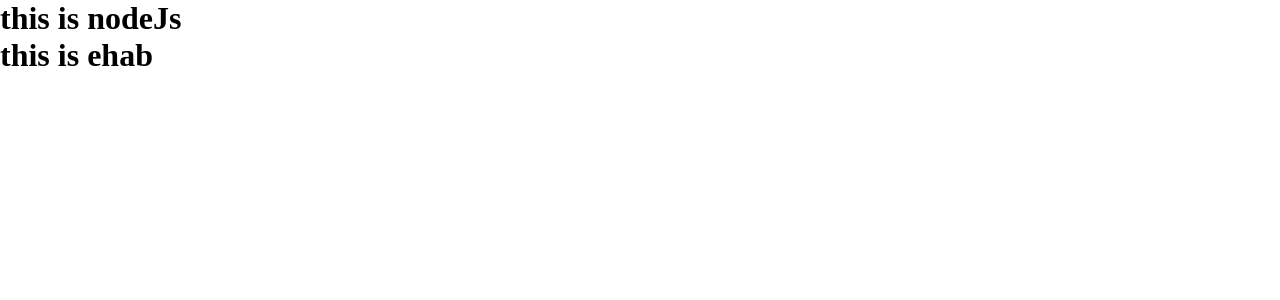
Repository: ehabmelhem/Basic_Node_js
Page: public/index.html
The author's editor kept a copy of each file at every save. The page is drawn from the files as they stood at one save, then again after the next save.
The browser window is 1280 px wide. The pictures show the whole page.

Above is the page before, as saved 2021-02-03 22:20:28.

After the next save:
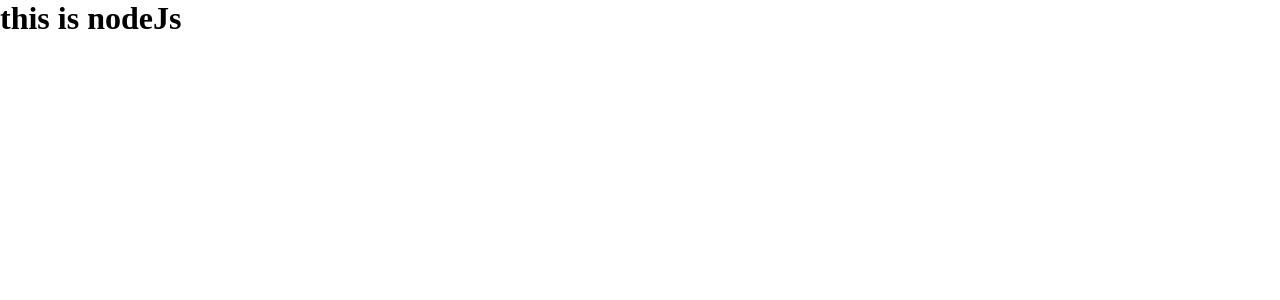
Saved 11 s later.
--- a/public/index.js
+++ b/public/index.js
@@ -1,3 +1,4 @@
 let h1 = document.createElement("h1");
-h1.innerText = "this is ehab";
+// h1.innerText = "this is ehab";
+
 document.getElementsByTagName("body")[0].appendChild(h1);
